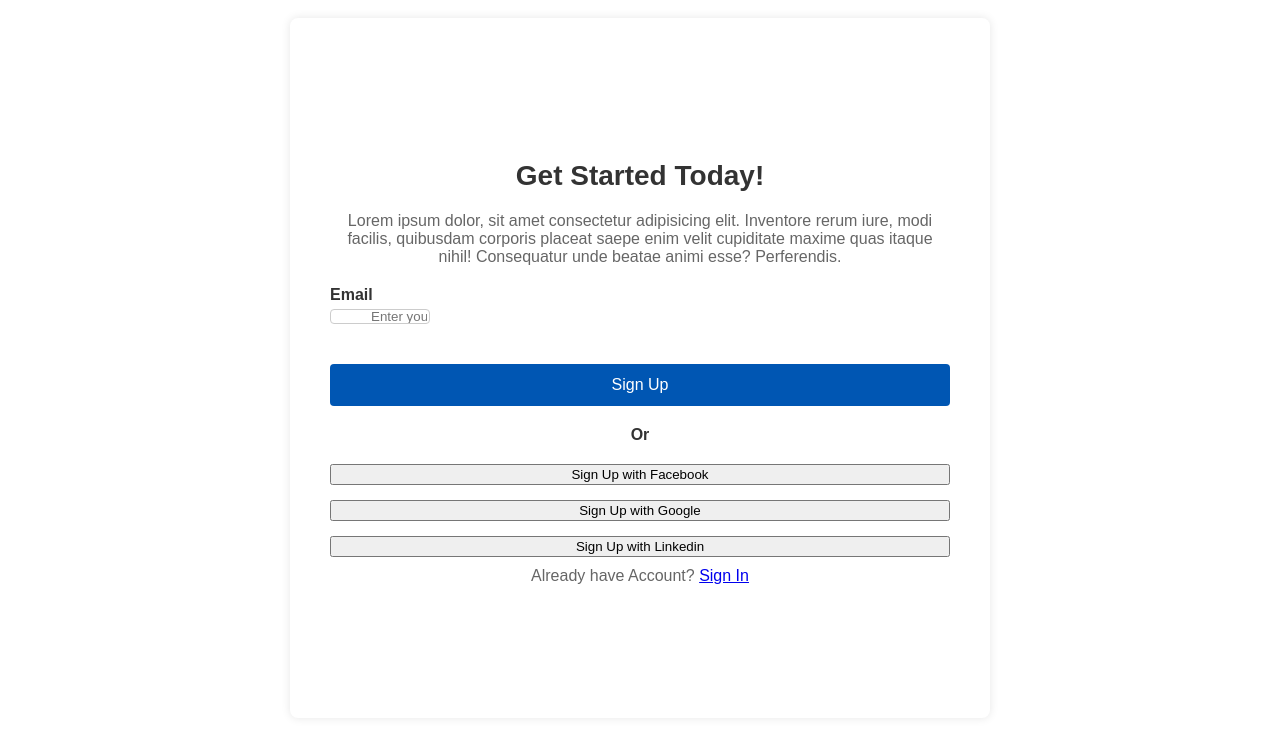
Repository: Femi007-gh/LOGIN-INTERFACE
Page: index.html
An editor plug-in stored every save of this project. The page is shown before and after the next save, followed by the edit.
The browser window is 1280 px wide. The pictures show the whole page.

Above is the page before, as saved 2025-01-20 21:08:50.

### index.html
<html>
  <head>
    <title></title>
    <link rel="stylesheet" href="style.css">
  </head>
  <body>
    <div class="container">
      <div class="left-session">
        <div class="form-container">
          <h1>Get Started Today!</h1>
          <p>Lorem ipsum dolor, sit amet consectetur adipisicing elit. Inventore rerum iure, modi facilis, quibusdam corporis placeat saepe enim velit cupiditate maxime quas itaque nihil! Consequatur unde beatae animi esse? Perferendis.</p>
          <form>
            <div class="inter-group">
              <p>Email</p>
              <input type="email" id="email" placeholder="Enter your email" class="email">
            </div>
            <button class="primary-btn" type="submit">
              Sign Up
            </button>
            </form>
            <p class="divider">Or</p>
            <div class="social-buttons">
              <button class="sign">
                Sign Up with Facebook
              </button>
             <button class="sign">
                Sign Up with Google
              </button>
              <button class="sign">
                Sign Up with Linkedin
              </button>
            </div>
             <p>Already have Account? <a href="#">Sign In</a>
            </p>
        </div>
      </div>
      <div class="right-section"></div>
    </div>
  </body>
</html>

### style.css
body {
  font-family: Arial, sans-serif;
  display: flex;
  justify-content: center;
  align-items: center;
  height: 100vh;
}

.container {
  display: flex;
  width: 700px;
  height: 700px;
  background-color: white;
  border-radius: 8px;
  box-shadow: 0 0 10px rgba(0, 0, 0, 0.1);
}

.left-session {
  flex: 1;
  padding: 40px;
  display: flex;
  flex-direction: column;
  justify-content: center;
}

.form-container {
  text-align: center;
}

h1 {
  font-size: 28px;
  margin-bottom: 20px;
  color: #333;
}

p {
  margin: 10px 0;
  color: #666;
}

.inter-group {
  margin: 20px 0;
  text-align: left;
}

.inter-group p {
  margin-bottom: 5px;
  font-weight: bold;
  color: #333;
}

.input-wrapper {
  position: relative;
}

input[type="email"], input[type="text"] {
  width: 100px;
  height: 15px;
  border: 1px solid #ccc;
  border-radius: 4px;
  margin-bottom: 20px;
  padding-left: 40px;
}

.email-icon, .app-icon {
  position: absolute;
  left: 10px;
  top: 50%;
  transform: translateY(-50%);
  width: 20px;
  height: 20px;
}

.primary-btn {
  background-color: #0056b3;
  color: white;
  border: none;
  padding: 12px 20px;
  border-radius: 4px;
  cursor: pointer;
  font-size: 16px;
  width: 100%;
  display: flex;
  align-items: center;
  justify-content: center;
  transition: background-color 0.3s ease;
}

.primary-btn:hover {
  background-color: #004494;
}

.primary-btn .message-icon {
  margin-right: 10px;
  width: 20px;
  height: 20px;
}

.divider {
  text-align: center;
  font-weight: bold;
  margin: 20px 0;
  color: #333;
}

.social-buttons {
  display: flex;
  flex-direction: column;
  gap: 15px;
}

.social-buttons .input-wrapper {
  background-color: transparent;
}

.center-text {
  text-align: center;
  margin-top: 20px;
  color: #333;
}

.center-text a {
  color: #0056b3;
  text-decoration: none;
  font-weight: bold;
}

.center-text a:hover {
  text-decoration: underline;
}

After the next save:
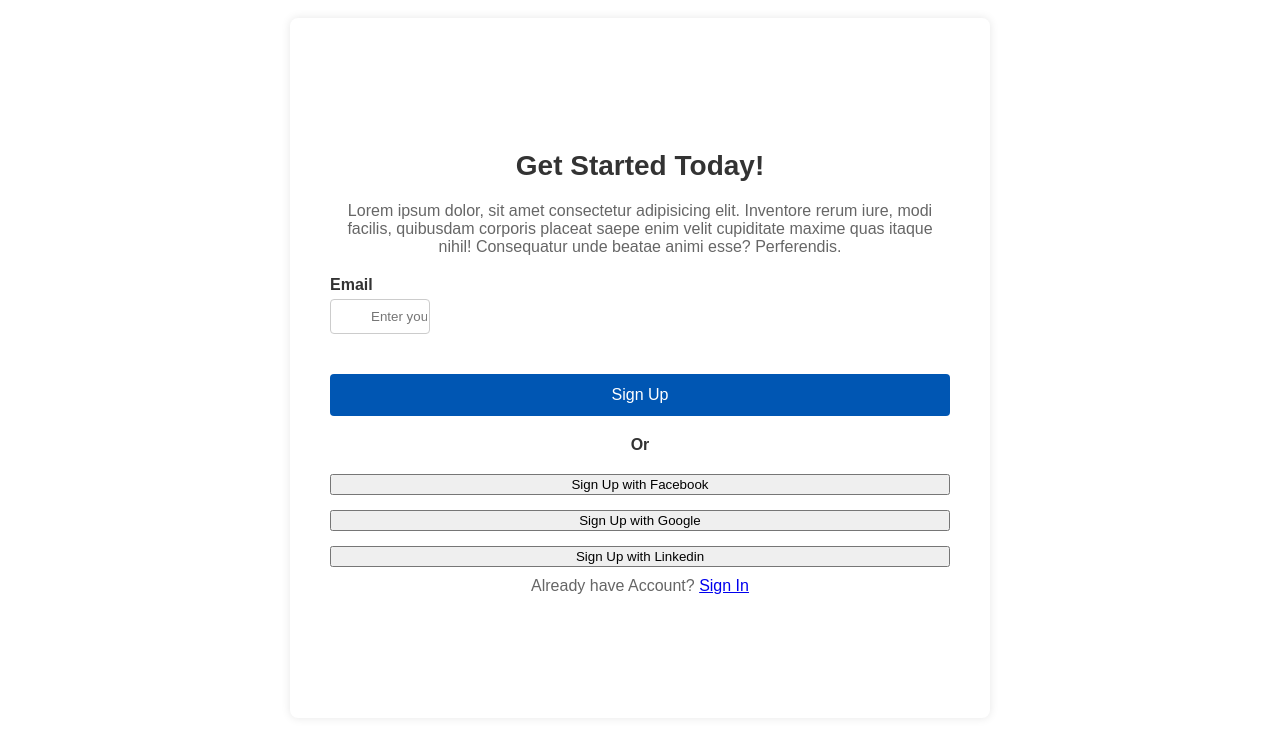
Saved 9 s later.
--- a/style.css
+++ b/style.css
@@ -55,7 +55,7 @@ p {
 
 input[type="email"], input[type="text"] {
   width: 100px;
-  height: 15px;
+  height: 35px;
   border: 1px solid #ccc;
   border-radius: 4px;
   margin-bottom: 20px;
